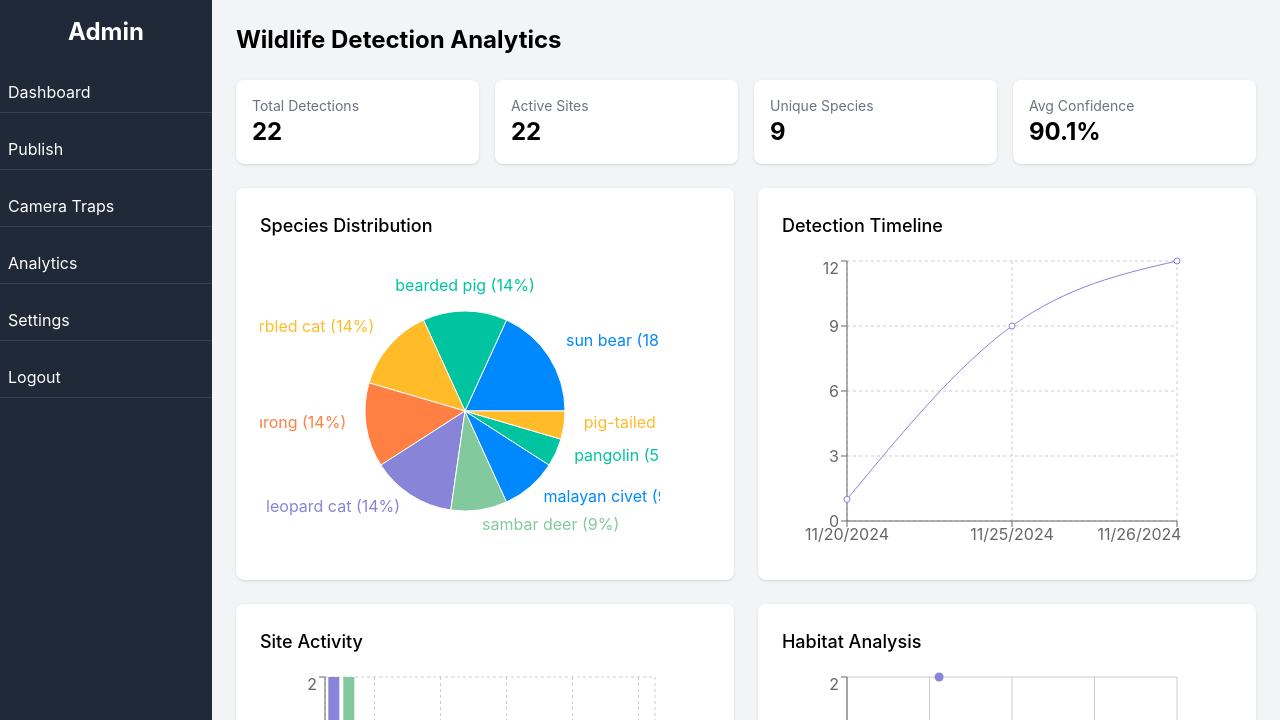
Repository: DominicMathew240/wildlife
Page: /pages/admin/dashboard/analytics
The author's editor kept a copy of each file at every save. The page is drawn from the files as they stood at one save, then again after the next save.
The browser window is 1280 px wide. The pictures show the whole page.
An inner scrolling area shows only its first screen. Some web libraries are served in a nearby version. The project was rebuilt for these pictures with package versions that can differ from the ones it lists, and the page was loaded fresh each time. The framework's server and built-in components were replaced by stand-ins that run in the browser. Also part of the build but not shown: next.config.mjs.

Above is the page before, as saved 2024-11-25 23:57:36.

After the next save:
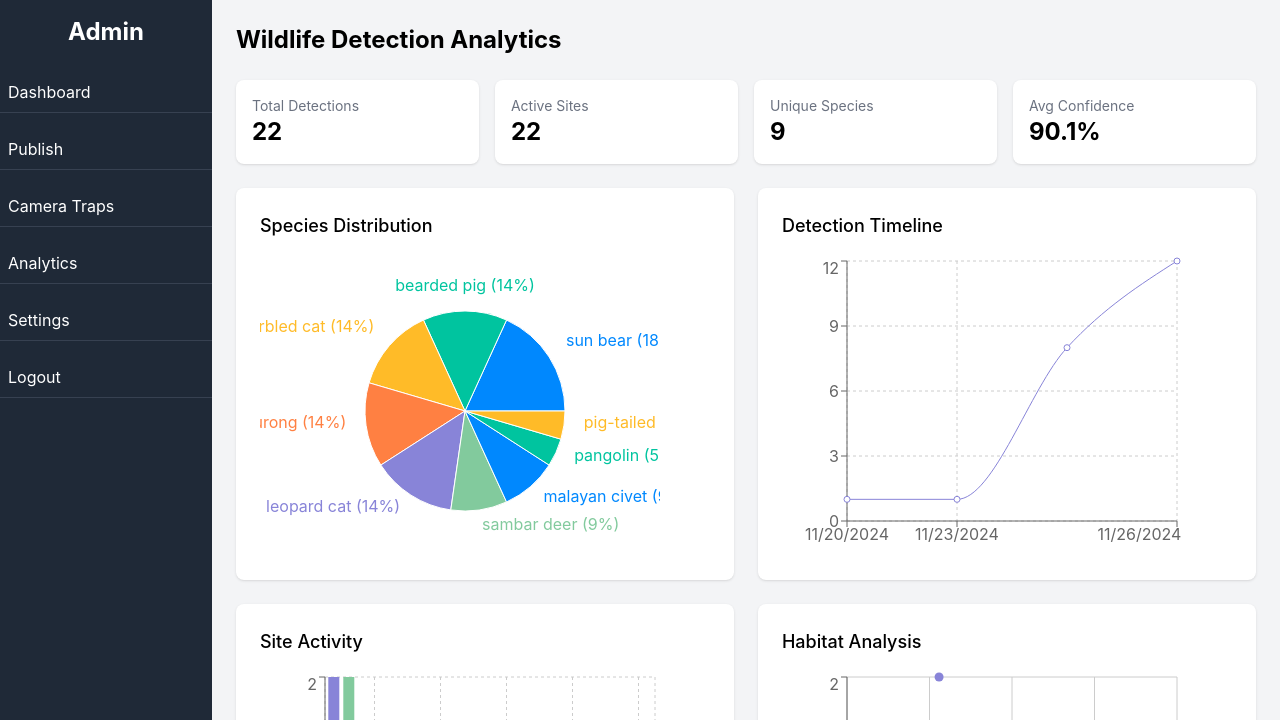
Saved 13 s later.
--- a/src/app/pages/admin/dashboard/analytics/page.js
+++ b/src/app/pages/admin/dashboard/analytics/page.js
@@ -11,7 +11,7 @@ export default function Analytics() {
   const detectionData = [
     { site_id: '0002-A', species: 'sun bear', confidence: 0.89, timestamp: '2024-11-20 14:23:15' },
     { site_id: '0002-A', species: 'bearded pig', confidence: 0.95, timestamp: '2024-11-25 15:45:32' },
-    { site_id: '0002-B', species: 'marbled cat', confidence: 0.88, timestamp: '2024-11-25 16:12:45' },
+    { site_id: '0002-B', species: 'marbled cat', confidence: 0.88, timestamp: '2024-11-23 16:12:45' },
     { site_id: '0002-C', species: 'sambar deer', confidence: 0.92, timestamp: '2024-11-25 17:30:21' },
     { site_id: '0002-D', species: 'binturong', confidence: 0.87, timestamp: '2024-11-25 18:45:33' },
     { site_id: '0003-A', species: 'sun bear', confidence: 0.91, timestamp: '2024-11-25 19:15:42' },
